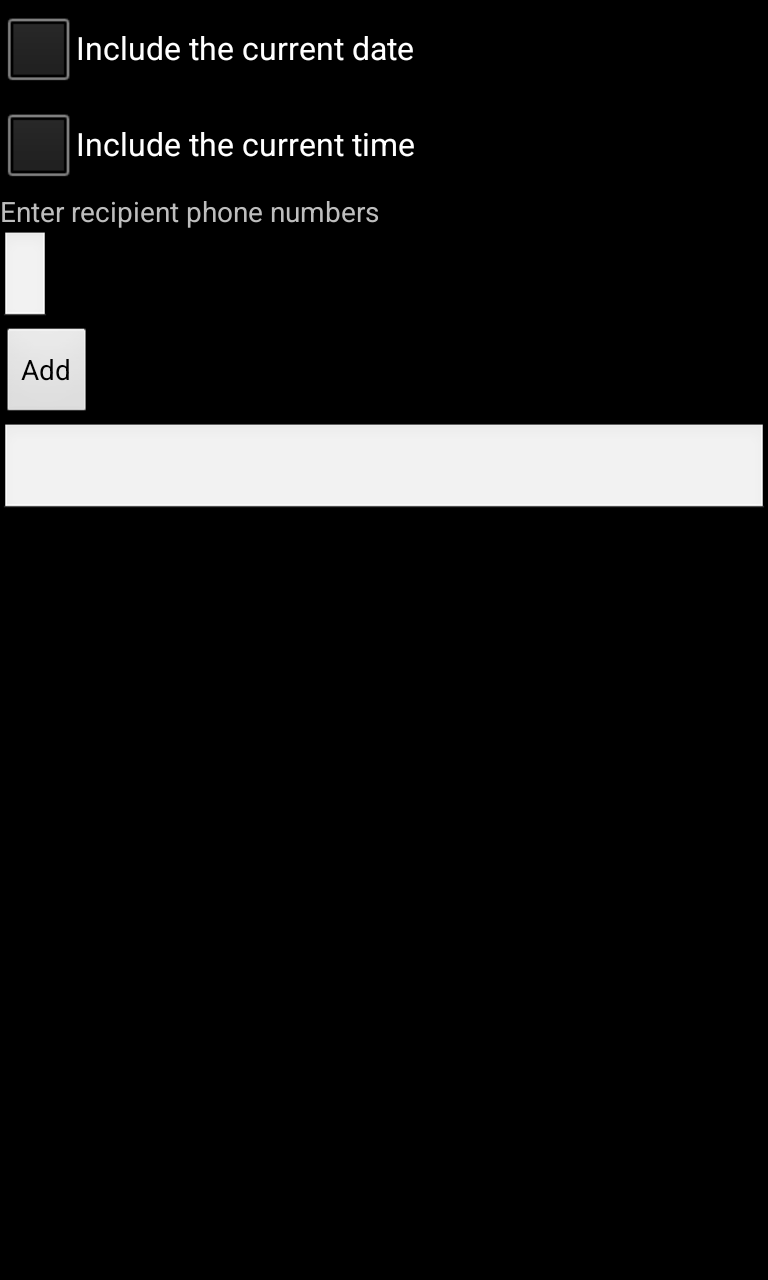
Repository: RaabsIn513/eclipse_workspace
Layout: Copy of SAS_revA/res/layout/main_sms_settings.xml
The author's editor kept a copy of each file at every save. The layout is drawn from the files as they stood at one save, then again after the next save.
It is drawn on a 768 x 1280 px phone screen (xhdpi) without system bars, with theme android:Theme; the app's code is not run.

Above is the layout before, as saved 2012-02-16 20:47:30.

### Copy of SAS_revA/res/layout/main_sms_settings.xml
<?xml version="1.0" encoding="utf-8"?>
<LinearLayout xmlns:android="http://schemas.android.com/apk/res/android"
    android:layout_width="fill_parent"
    android:layout_height="fill_parent"
    android:orientation="vertical" >

   <CheckBox android:id="@+id/include_date"
        android:layout_width="wrap_content"
        android:layout_height="wrap_content"
        android:text="@string/include_date_cb" />

	<CheckBox android:id="@+id/include_time"
        android:layout_width="wrap_content"
        android:layout_height="wrap_content"
        android:text="@string/include_time_cb" />

	<TextView
        android:layout_width="fill_parent"
        android:layout_height="wrap_content"
        android:text="Enter recipient phone numbers" />

	<EditText
	    android:id="@+id/editText1"
	    android:layout_width="50px"
	    android:layout_height="wrap_content"
	    android:inputType="phone" >
	</EditText>

	<Button
        android:id="@+id/btnAddToList"
        android:layout_width="wrap_content"
        android:layout_height="wrap_content"
        android:text="Add" />

	<EditText
	    android:id="@+id/editText2"
	    android:layout_width="fill_parent"
	    android:layout_height="wrap_content"
	    android:inputType="textMultiLine" />

</LinearLayout>

### Copy of SAS_revA/res/values/strings.xml
<?xml version="1.0" encoding="utf-8"?>
<resources>

    <string name="hello">Hello World, SAS_revActivity!</string>

    <string name="app_name">SAS_rev</string>
	<string name="plotAct_text">Plot View</string>
    <string name="testSMSAct_text">Send Test Text Message</string>

	<string name="viewWave_btText">View audio wave plot</string>
    <string name="viewFFT_btText">View FFT plot</string>
    <string name="setThresh_btText">Set the threshold value</string>
    <string name="setSMS_btText">SMS settings</string>
    <string name="sendSMS_btText">Send a test text message</string>

    <string name="include_date_cb">Include the current date</string>
	<string name="include_time_cb">Include the current time</string>
	<string name="fake_data_text">False test data to send</string>

</resources>

After the next save:
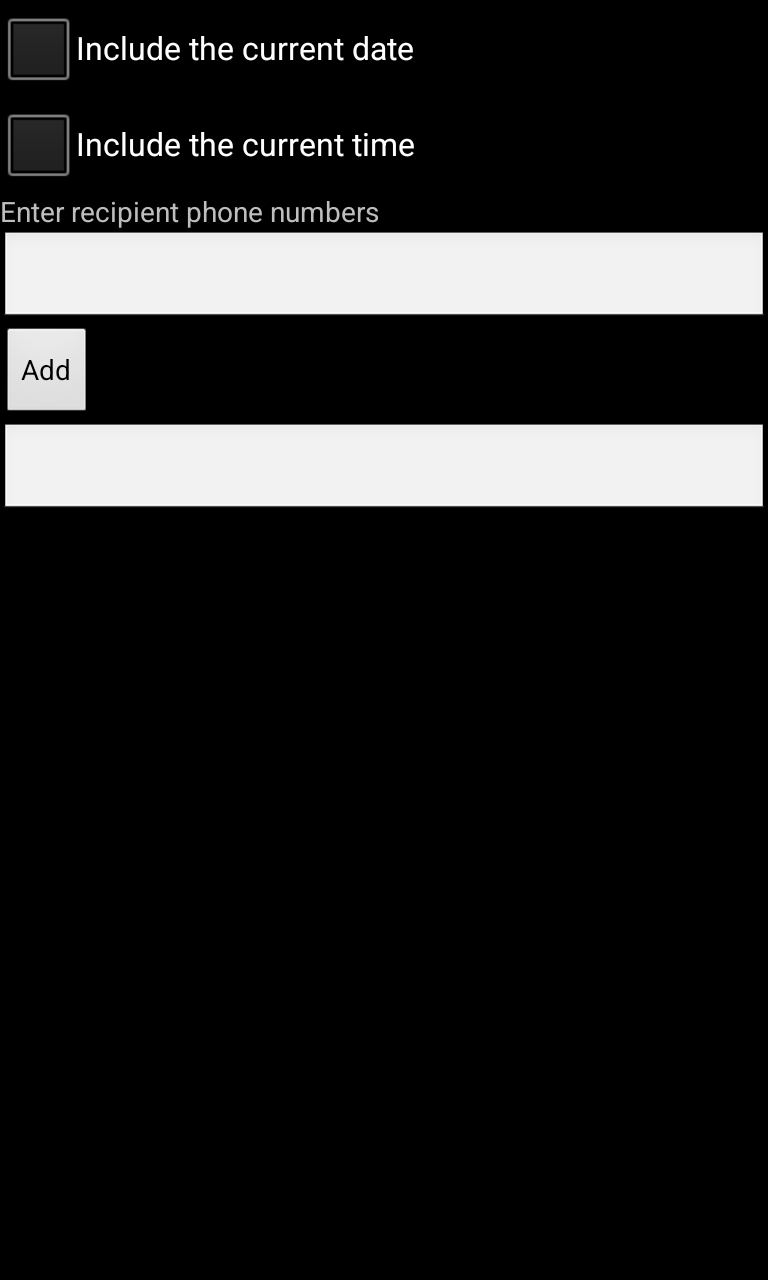
Saved 12 s later.
--- a/Copy of SAS_revA/res/layout/main_sms_settings.xml
+++ b/Copy of SAS_revA/res/layout/main_sms_settings.xml
@@ -21,7 +21,7 @@
 
 	<EditText
 	    android:id="@+id/editText1"
-	    android:layout_width="50px"
+	    android:layout_width="fill_parent"
 	    android:layout_height="wrap_content"
 	    android:inputType="phone" >
 	</EditText>
